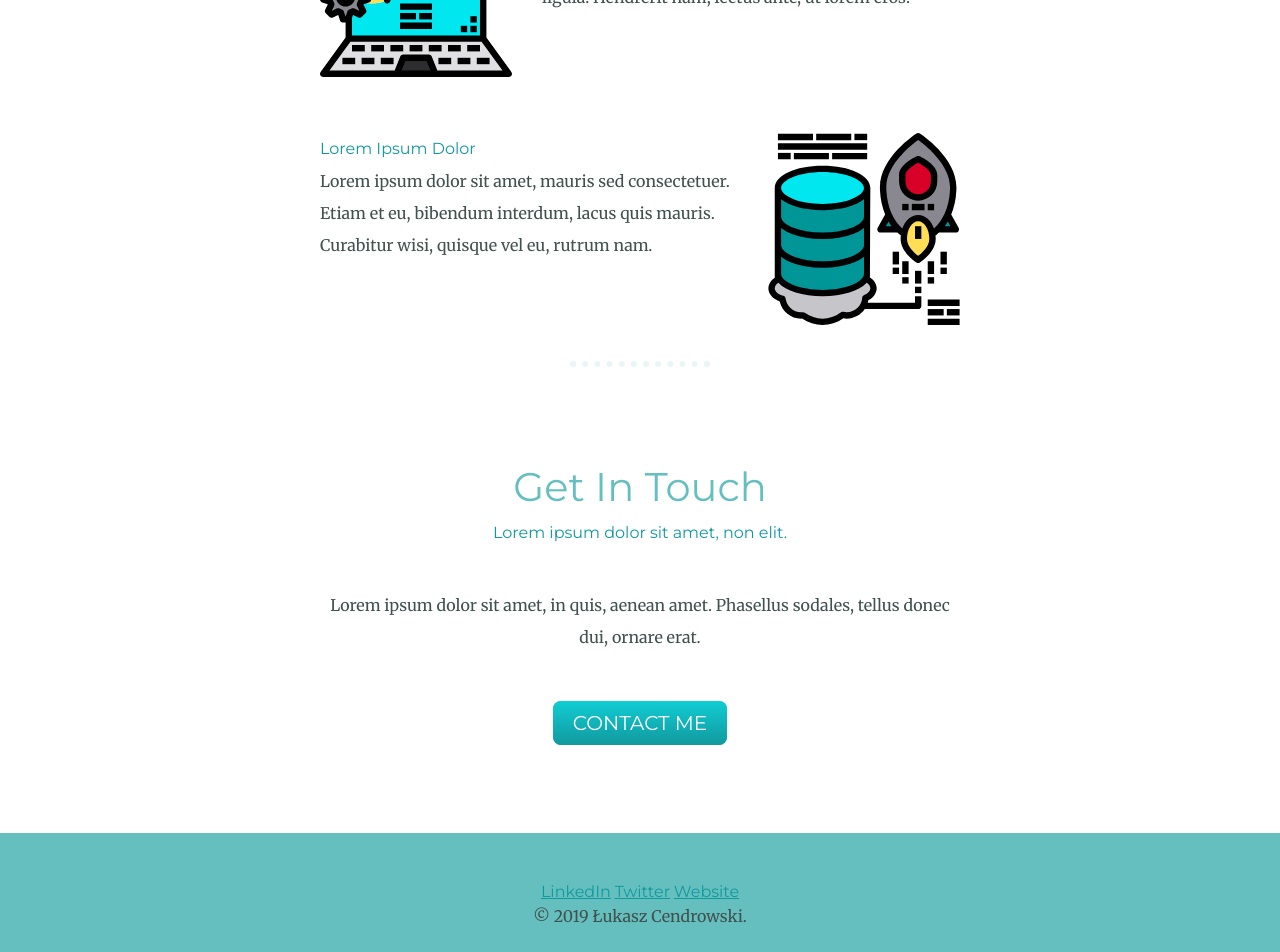
Repository: Isanderr/simple_landing_page-1
Page: index.html
The author's editor kept a copy of each file at every save. The page is drawn from the files as they stood at one save, then again after the next save.
The browser window is 1280 px wide. The pictures show the part of the page from y = 1429 to 2381 px (the page is 2381 px tall).
A picture or video elsewhere on the page could not be fetched, so the positions and the page height are approximate.

Above is the page before, as saved 2019-02-01 18:06:07.

### index.html
<!DOCTYPE html>
<html lang="en">

    <head>
        <meta charset="UTF-8">
        <meta name="viewport" content="width=device-width, initial-scale=1.0">
        <meta http-equiv="X-UA-Compatible" content="ie=edge">
        <title>CendrowskiL</title>
        <link rel="stylesheet" href="css/reset.css">
        <link rel="stylesheet" href="css/styles.css">
        <link rel="shortcut icon" href="img/favicon.ico" type="image/x-icon">
        <link href="https://fonts.googleapis.com/css?family=Merriweather|Montserrat|Sacramento" rel="stylesheet">
    </head>

    <body>
    </body>
    <div class="top-container">
        <img class="top-cloud" src="img/cloud.png" alt="cloud-image">
        <h1>I'm Luke</h1>
        <h2>a <span class="pro">pro</span>grammer.</h2>
        <img class="bottom-cloud" src="img/cloud.png" alt="cloud-image">
        <img src="img/mountain.png" alt="mountain-image">
    </div>
    <div class="middle-container">
        <div class="profile">
            <img src="img/man.svg" alt="man" class="man-img">
            <h2>Hello.</h2>
            <p class="intro">Lorem ipsum dolor sit amet, vitae volutpat, dui conubia, dolor urna. Non auctor, montes
                nulla distinctio.</p>
        </div>
        <hr>
        <div class="skills">
            <h2>My Skills.</h2>
            <div class="skill-row">
                <img class="computer-img" src="img/optimize.svg" alt="computer">
                <h3>Lorem & Ipsum</h3>
                <p>Lorem ipsum dolor sit amet, quis in duis, iaculis id felis. Consectetuer vestibulum, nunc urna
                    lectus, erat ligula. Hendrerit nam, lectus ante, ut lorem eros.</p>
            </div>
            <div class="skill-row">
                <img src="img/hosting.svg" class="hosting-img" alt="rocket-databes">
                <h3>Lorem Ipsum Dolor</h3>
                <p>Lorem ipsum dolor sit amet, mauris sed consectetuer. Etiam et eu, bibendum interdum, lacus quis
                    mauris. Curabitur wisi, quisque vel eu, rutrum nam.</p>
            </div>
        </div>
        <hr>
        <div class="contact-me">
            <h2>Get In Touch</h2>
            <h3>Lorem ipsum dolor sit amet, non elit.</h3>
            <p class="contact-message">Lorem ipsum dolor sit amet, in quis, aenean amet. Phasellus sodales, tellus
                donec dui, ornare erat.</p>
            <a class="btn" href="mailto:name@email.com">CONTACT ME</a>
        </div>
    </div>
    <div class="bottom-container">
        <a class="footer-link" href="https://www.linkedin.com/">LinkedIn</a>
        <a class="footer-link" href="https://twitter.com/">Twitter</a>
        <a class="footer-link" href="https://www.appbrewery.co/">Website</a>
        <p>© 2019 Łukasz Cendrowski.</p>
    </div>
    </body>

</html>

### css/styles.css
/* font-family: 'Merriweather', serif;
font-family: 'Sacramento', cursive;
font-family: 'Montserrat', sans-serif; */

body{
    color: #40514E;
    margin: 0;
    text-align: center;
    font-family: 'Merriweather', serif;
}

h1 {
    color: #66bfbf;
    margin-top: 50px auto 0 auto;
    font-family: 'Sacramento', cursive;
    font-size: 5.625rem;
    font-weight: bold;
}
h2 {
    font-size: 2.5rem;
    font-family: 'Montserrat', sans-serif;
    color: #66bfbf;
    font-weight: normal;
    padding-bottom: 10px;

}
h3 {
    font-family: 'Montserrat', sans-serif;
    color: #11999E;
    line-height: 2;

}

hr {
    border: dotted #EAF6F6 6px;
    border-bottom: none;
    width: 10%;
    margin: 100px auto;
}
p{
    line-height: 2;
}

a {
    color: #11999E;
    font-family: 'Montserrat', sans-serif;
}


.top-container {
background-color: #E4f9f5;
position: relative;
padding-top: 100px;
}
.middle-container {
margin: 100px 0;
}

.bottom-container {
background-color: #66BFBF;
padding: 50px 0 20px;
}

.pro {
    text-decoration: underline;
}

.contact-message {
    width: 50%;
    margin: 40px auto 60px;
    /* line-height: 2; */
}
.top-cloud{
position: absolute;
right: 35%;
top: 5%;
}
.bottom-cloud {
position: absolute;
left: 20%;
bottom: 50%;
}

.profile {
    width: 50%;
    margin: auto;
    margin: 100px auto 100px auto;
    line-height: 2;
}

.skill-row {
    width: 50%;
    margin: auto;
    margin: 120px auto 100px auto;
    text-align: left;

}

.man-img {
width: 30%;
}

.computer-img {
    width: 30%;
    float: left;
    margin-right: 30px;
}

.hosting-img {
    width: 30%;
    float: right;
    margin-left: 30px;
}

.btn {
    background: #11cdd4;
    background-image: -webkit-linear-gradient(top, #11cdd4, #11999e);
    background-image: -moz-linear-gradient(top, #11cdd4, #11999e);
    background-image: -ms-linear-gradient(top, #11cdd4, #11999e);
    background-image: -o-linear-gradient(top, #11cdd4, #11999e);
    background-image: linear-gradient(to bottom, #11cdd4, #11999e);
    -webkit-border-radius: 8;
    -moz-border-radius: 8;
    border-radius: 8px;
    font-family: 'Montserrat', sans-serif;
    color: #ffffff;
    font-size: 20px;
    padding: 10px 20px 10px 20px;
    text-decoration: none;
  }

  .btn:hover {
    background: #30e3cb;
    background-image: -webkit-linear-gradient(top, #30e3cb, #2bc4a);
    background-image: -moz-linear-gradient(top, #30e3cb, #2bc4a);
    background-image: -ms-linear-gradient(top, #30e3cb, #2bc4a);
    background-image: -o-linear-gradient(top, #30e3cb, #2bc4a);
    background-image: linear-gradient(to bottom, #30e3cb, #2bc4a);
    text-decoration: none;
  }

Loaded but not shown: css/reset.css (common file)

After the next save:
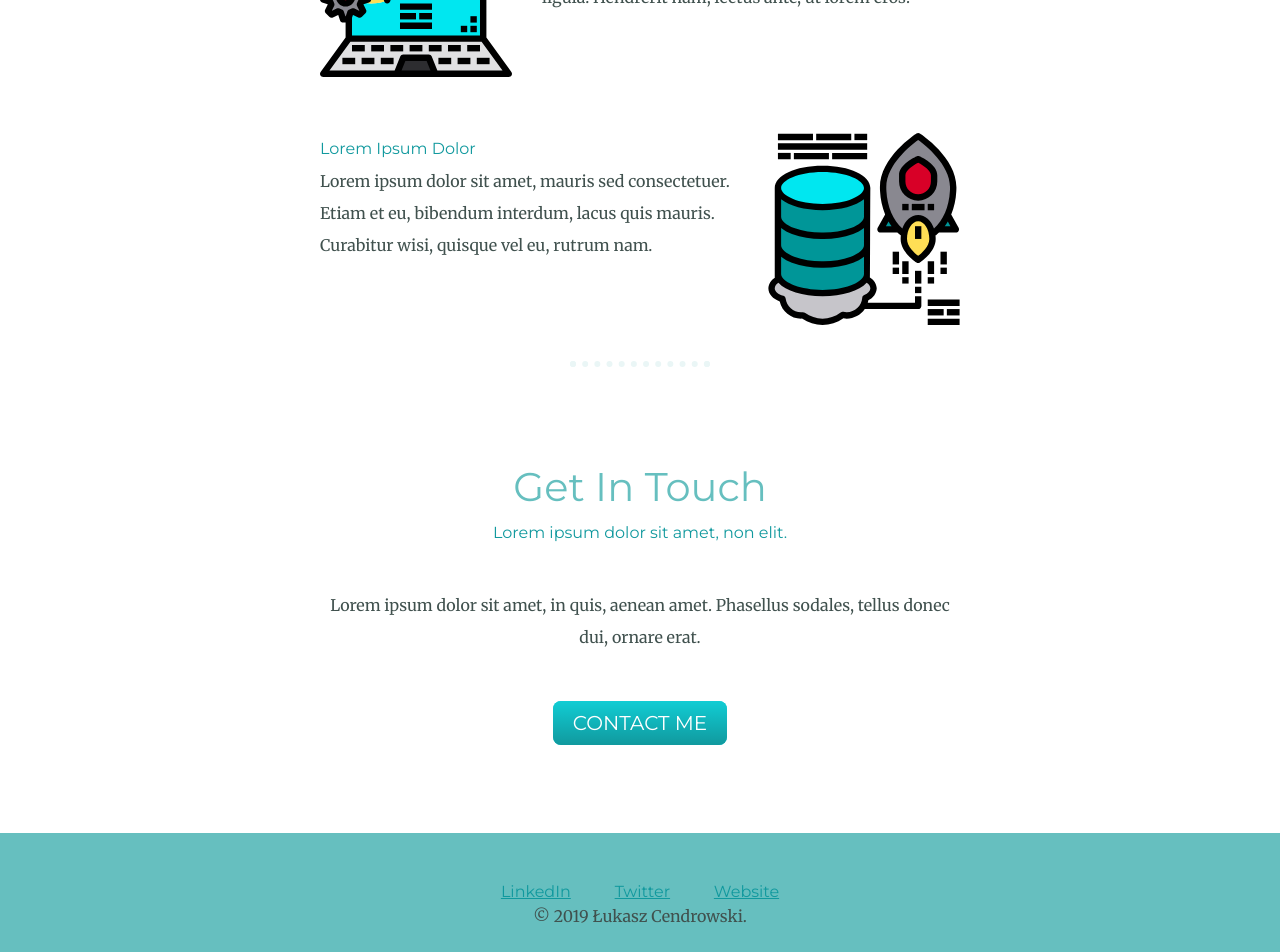
Saved 73 s later.
--- a/css/styles.css
+++ b/css/styles.css
@@ -44,6 +44,7 @@ p{
 a {
     color: #11999E;
     font-family: 'Montserrat', sans-serif;
+    margin: 10px 20px;
 }
 
 
